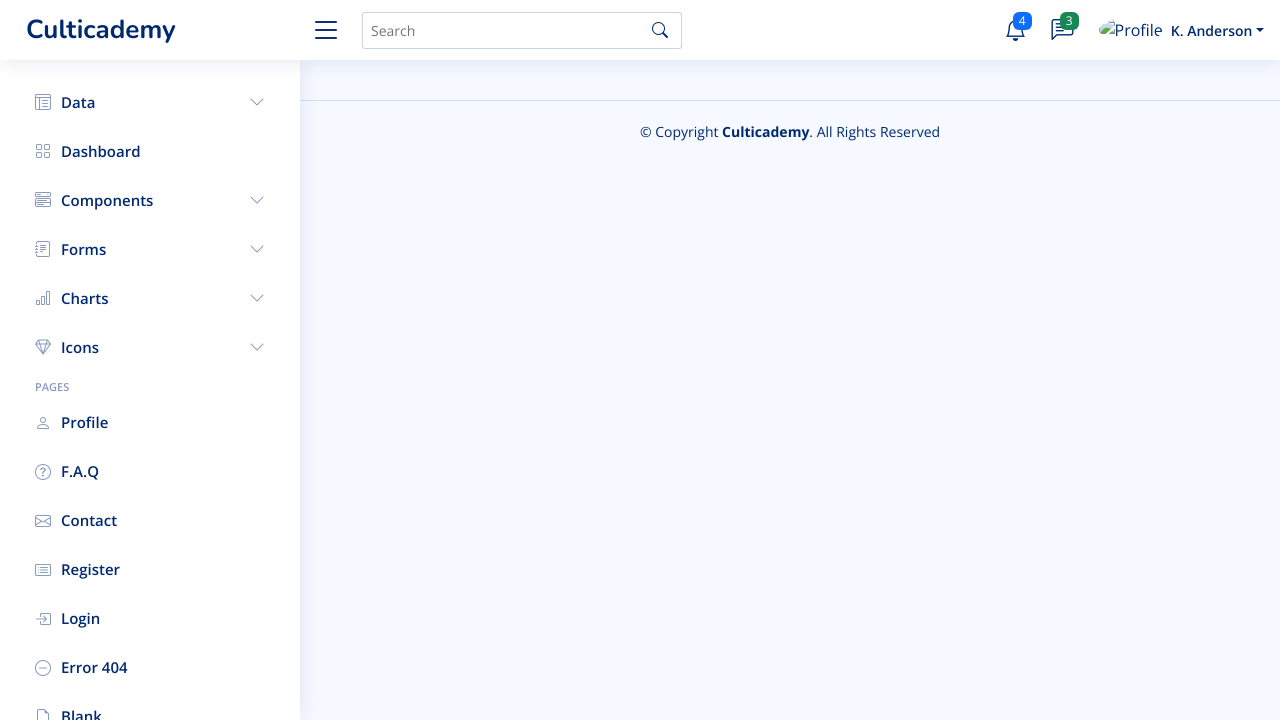
Repository: Jistoper/car_rental
Page: http://localhost/dashboard
The author's editor kept a copy of each file at every save. The page is drawn from the files as they stood at one save, then again after the next save.
The browser window is 1280 px wide. The pictures show the whole page.
The page is served by the project's Laravel application, run on PHP 8.4 with Laravel 9.

Above is the page before, as saved 2023-06-22 12:43:57.

After the next save:
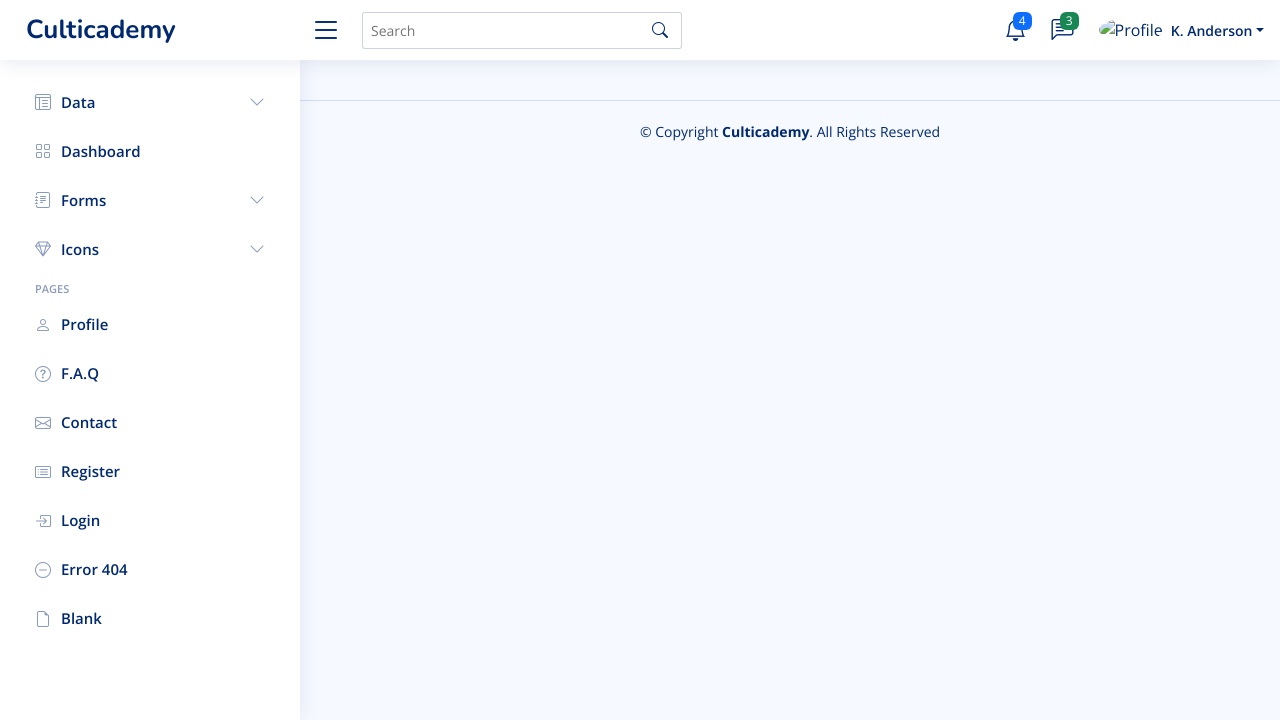
Saved 59 s later.
--- a/resources/views/backsite/partials/sidebar.blade.php
+++ b/resources/views/backsite/partials/sidebar.blade.php
@@ -28,84 +28,6 @@
       </li><!-- End Dashboard Nav -->
 
       <li class="nav-item">
-        <a class="nav-link collapsed" data-bs-target="#components-nav" data-bs-toggle="collapse" href="#">
-          <i class="bi bi-menu-button-wide"></i><span>Components</span><i class="bi bi-chevron-down ms-auto"></i>
-        </a>
-        <ul id="components-nav" class="nav-content collapse " data-bs-parent="#sidebar-nav">
-          <li>
-            <a href="components-alerts.html">
-              <i class="bi bi-circle"></i><span>Alerts</span>
-            </a>
-          </li>
-          <li>
-            <a href="components-accordion.html">
-              <i class="bi bi-circle"></i><span>Accordion</span>
-            </a>
-          </li>
-          <li>
-            <a href="components-badges.html">
-              <i class="bi bi-circle"></i><span>Badges</span>
-            </a>
-          </li>
-          <li>
-            <a href="components-breadcrumbs.html">
-              <i class="bi bi-circle"></i><span>Breadcrumbs</span>
-            </a>
-          </li>
-          <li>
-            <a href="components-buttons.html">
-              <i class="bi bi-circle"></i><span>Buttons</span>
-            </a>
-          </li>
-          <li>
-            <a href="components-cards.html">
-              <i class="bi bi-circle"></i><span>Cards</span>
-            </a>
-          </li>
-          <li>
-            <a href="components-carousel.html">
-              <i class="bi bi-circle"></i><span>Carousel</span>
-            </a>
-          </li>
-          <li>
-            <a href="components-list-group.html">
-              <i class="bi bi-circle"></i><span>List group</span>
-            </a>
-          </li>
-          <li>
-            <a href="components-modal.html">
-              <i class="bi bi-circle"></i><span>Modal</span>
-            </a>
-          </li>
-          <li>
-            <a href="components-tabs.html">
-              <i class="bi bi-circle"></i><span>Tabs</span>
-            </a>
-          </li>
-          <li>
-            <a href="components-pagination.html">
-              <i class="bi bi-circle"></i><span>Pagination</span>
-            </a>
-          </li>
-          <li>
-            <a href="components-progress.html">
-              <i class="bi bi-circle"></i><span>Progress</span>
-            </a>
-          </li>
-          <li>
-            <a href="components-spinners.html">
-              <i class="bi bi-circle"></i><span>Spinners</span>
-            </a>
-          </li>
-          <li>
-            <a href="components-tooltips.html">
-              <i class="bi bi-circle"></i><span>Tooltips</span>
-            </a>
-          </li>
-        </ul>
-      </li><!-- End Components Nav -->
-
-      <li class="nav-item">
         <a class="nav-link collapsed" data-bs-target="#forms-nav" data-bs-toggle="collapse" href="#">
           <i class="bi bi-journal-text"></i><span>Forms</span><i class="bi bi-chevron-down ms-auto"></i>
         </a>
@@ -132,29 +54,6 @@
           </li>
         </ul>
       </li><!-- End Forms Nav -->
-
-      <li class="nav-item">
-        <a class="nav-link collapsed" data-bs-target="#charts-nav" data-bs-toggle="collapse" href="#">
-          <i class="bi bi-bar-chart"></i><span>Charts</span><i class="bi bi-chevron-down ms-auto"></i>
-        </a>
-        <ul id="charts-nav" class="nav-content collapse " data-bs-parent="#sidebar-nav">
-          <li>
-            <a href="charts-chartjs.html">
-              <i class="bi bi-circle"></i><span>Chart.js</span>
-            </a>
-          </li>
-          <li>
-            <a href="charts-apexcharts.html">
-              <i class="bi bi-circle"></i><span>ApexCharts</span>
-            </a>
-          </li>
-          <li>
-            <a href="charts-echarts.html">
-              <i class="bi bi-circle"></i><span>ECharts</span>
-            </a>
-          </li>
-        </ul>
-      </li><!-- End Charts Nav -->
 
       <li class="nav-item">
         <a class="nav-link collapsed" data-bs-target="#icons-nav" data-bs-toggle="collapse" href="#">
